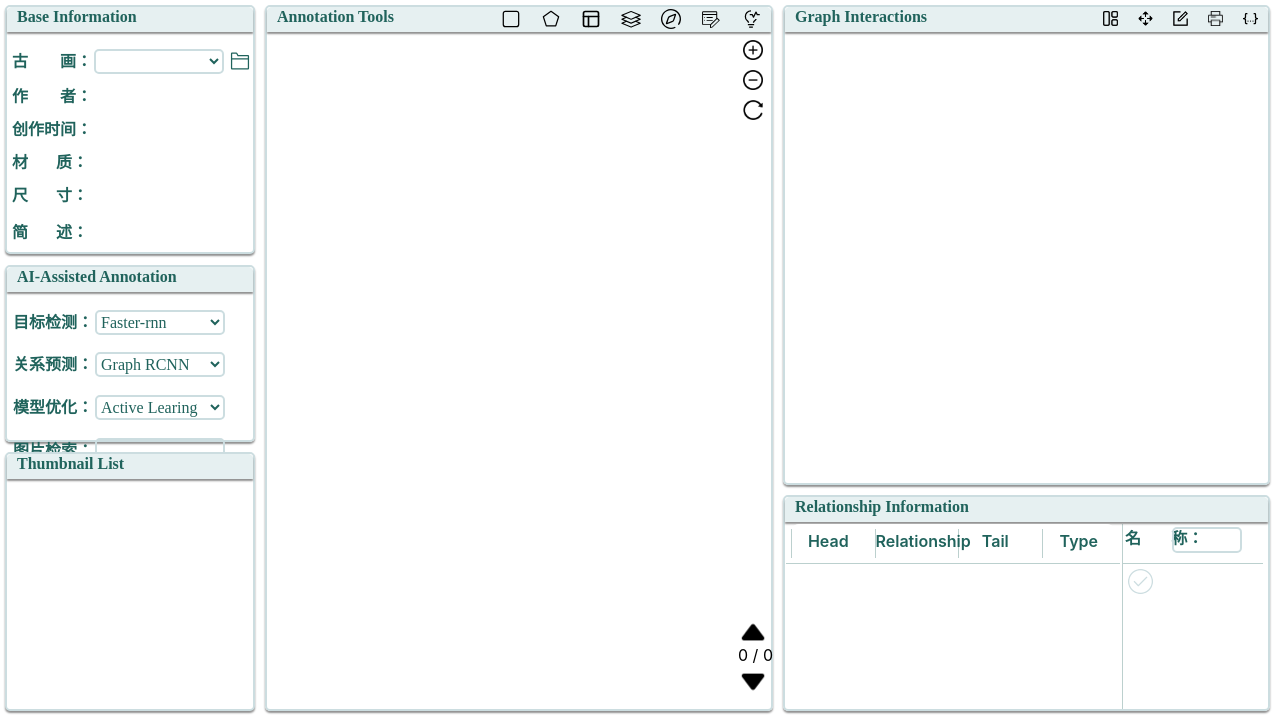
Repository: cailbh/ImageLabelTool
Page: /
The author's editor kept a copy of each file at every save. The page is drawn from the files as they stood at one save, then again after the next save.
The browser window is 1280 px wide. The pictures show the whole page.
The project was rebuilt for these pictures with package versions that can differ from the ones it lists, and the page was loaded fresh each time.

Above is the page before, as saved 2022-11-14 22:56:34.

After the next save:
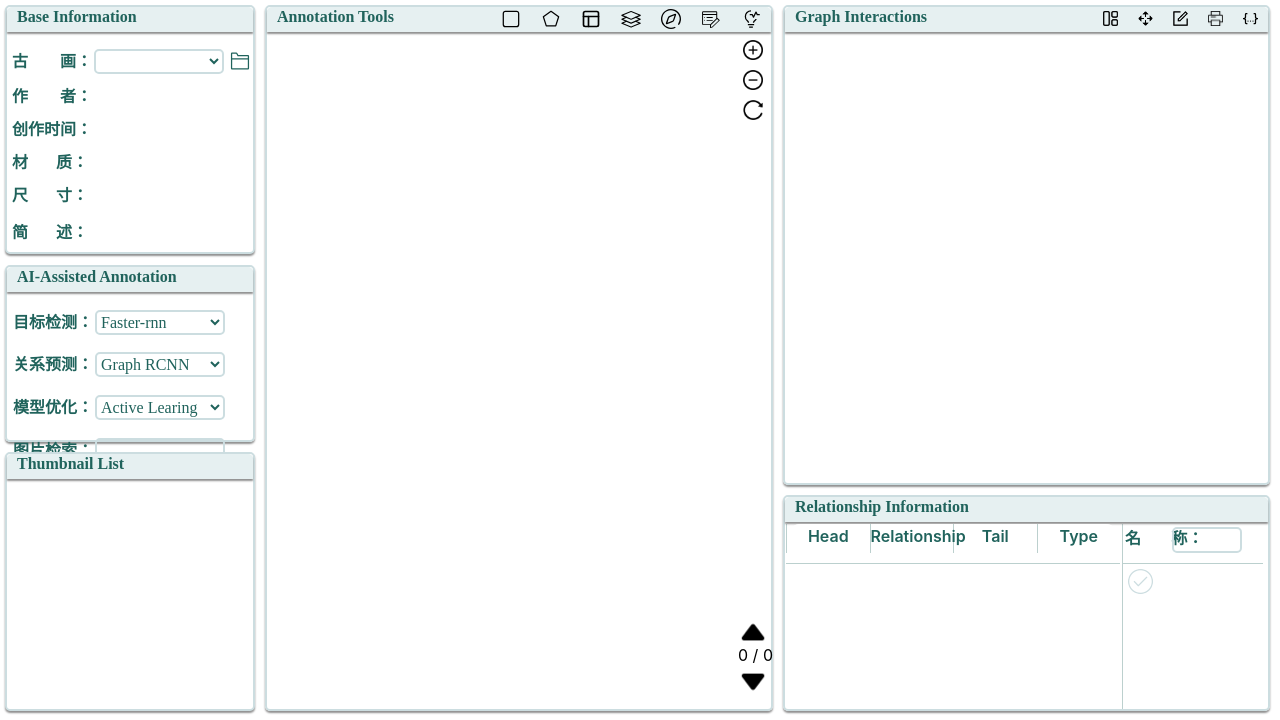
Saved 23 s later.
--- a/src/component/GraphRelationship/index.css
+++ b/src/component/GraphRelationship/index.css
@@ -32,10 +32,10 @@
     padding: 0px !important;
 }
 .relationship-table-head-co{
-    width: calc(25% - 10px);
+    width: calc(25% - 0px);
     height: calc(100% - 10px);
     float: left;
-    margin: 5px;
+    /* margin: 5px; */
     border-left: 1px rgba(32,99,92,0.3) solid;
     text-align: center;
 }
